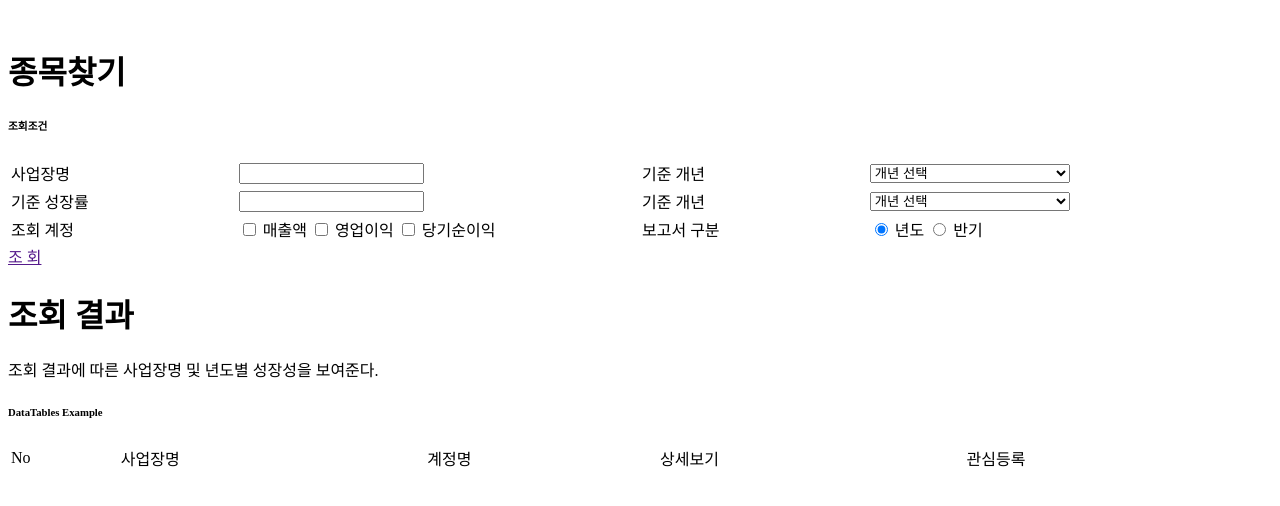
Repository: bangProgram/PJT_Finance
Page: http://localhost/Finance/WEB-INF/views/report/reportList.jsp
The author's editor kept a copy of each file at every save. The page is drawn from the files as they stood at one save, then again after the next save.
The browser window is 1280 px wide. The pictures show the whole page.
The page is served by Tomcat 9. Nobody is signed in. Other server files are loaded and not shown. The template is opened directly, without the code that normally fills it, so the values that code supplies are empty.

Above is the page before, as saved 2022-10-31 05:54:34.

### Finance/src/main/webapp/WEB-INF/views/report/reportList.jsp
<%@ page pageEncoding="UTF-8" contentType="text/html;charset=utf-8"%>
<%@ taglib prefix="fmt" uri="http://java.sun.com/jsp/jstl/fmt"%>
<%@ taglib uri="http://java.sun.com/jsp/jstl/core" prefix="c"%>
<script src="https://code.jquery.com/jquery-3.4.1.min.js"></script>﻿
<script type="text/javascript">
	$(document).ready(function(){

		var chkYear = pEndYear;
		var yearString = $("#pYearList").val();
		var pYearList = yearString.split(',');
		var quaterString = $("#pQuaterList").val();
		var pQuaterList = quaterString.split(',');

		var pEndYear = $("#pEndYear").val();

		var html = ''
		var chkYearList = ''
		for(var i=0; i<5; i++){
			if(i==0){
				chkYearList += pYearList[i];
				html += '<option value="'+chkYearList+'">'+ pYearList[i] +' </option>'
			}else{
				chkYearList += ','+pYearList[i];
				html += '<option value="'+chkYearList+'">'+ pEndYear+' ~ '+ pYearList[i]  +' </option>'
			}
		}
		$('#chkYearList').append(html);

		$("input[name=pReportCd]").change(function(){
			$('#chkYearList').empty();
			var reprtCd = $(this).val();
			html = '<option value = "">개년 선택</option>'
			chkYearList = '';
			if(reprtCd == "11011"){
				for(var i=0; i<5; i++){
					if(i==1){
						chkYearList += pYearList[i];
						html += '<option value="'+chkYearList+'">'+ pYearList[i] +' </option>'
					}else{
						chkYearList += ','+pYearList[i];
						html += '<option value="'+chkYearList+'">'+ pEndYear+' ~ '+ pYearList[i]  +' </option>'
					}
				}
				$('#chkYearList').append(html);
			}else{
				for(var i=0; i<5; i++){
					if(i==0){
						chkYearList += pQuaterList[i];
						html += '<option value="'+chkYearList+'">'+ pQuaterList[i] +' </option>'
					}else{
						chkYearList += ','+pQuaterList[i];
						html += '<option value="'+chkYearList+'">'+ pQuaterList[0]+' ~ '+ pQuaterList[i]  +' </option>'
					}
				}
				$('#chkYearList').append(html);
			}
		});

	});

	function goSearch(){
		var frm = document.searchForm;
		var pAccountIds = [];
		$("input[name=pAccountId]:checked").each(function(){
			pAccountIds.push($(this).val());
		});
		$("#pAccountIds").val(pAccountIds);

		var reprtCd = $("input[name=pReportCd]:checked").val();
		if(reprtCd == '11011'){
			$("#head1").css('display', 'table-row');
			$("#head2").css('display', 'none');
		}else{
			$("#head1").css('display', 'none');
			$("#head2").css('display', 'table-row');
		}

		$.ajax({
			type : 'post',           // 타입 (get, post, put 등등)
			url : '/report/select',           // 요청할 서버url
			data : {
				pYearList : $("#pYearList").val(),
				pQuaterList : $("#pQuaterList").val(),
				pStartYear : $("#pStartYear").val(),
				pEndYear : $("#pEndYear").val(),
				pCorpName : $("#pCorpName").val(),
				pReportCd : reprtCd,
				chkAccRate : $("#chkAccRate").val(),
				chkYearList : $("#chkYearList").val(),
				pAccountIds : $("#pAccountIds").val()
			},
			dataType : 'json',
			success : function(data) { // 결과 성공 콜백함수
				var resultList = data.resultList;
				var yearList = data.pYearList;
				 $("#reprtList").dataTable({
				 	data: resultList,
				 	destroy: true,
				 	columns: [
				  		{ data: 'RNUM' },
				  		{ data: 'CORP_NAME' },
				  		{ data: 'ACCOUNT_ID' },
				  		{ data: 'RATE_0' },
				  		{ data: 'RATE_1' },
				  		{ data: 'RATE_2' },
				  		{ data: 'RATE_3' },
				  		{ data: 'RATE_4' }
				  	]
				});
			},
			error : function(request, status, error) {
				console.log(error)
			}
		})

	}
</script>

<html>
<head>
<title>사업장 목록</title>
</head>
<body>
<div class="container-fluid">
	<form name="searchForm" method="post">
	<input type="hidden" name="pYearList" id="pYearList" value="${yearString}" title="조회 년도 목록">
	<input type="hidden" name="pQuaterList" id="pQuaterList" value="${quaterString}" title="조회 년도 목록">
	<input type="hidden" name="pStartYear" id="pStartYear" class="pSearchYear" value="${pStartYear}" title="조회 시작년도">
	<input type="hidden" name="pEndYear" id="pEndYear" class="pSearchYear" value="${pEndYear}" title="조회 시작년도">

	<!-- Page Heading -->
	<h1 class="h3 mb-2 text-gray-800">종목찾기</h1>
	<p class="mb-4"></p>

	<!-- DataTales Example -->
    <div class="card shadow mb-4">
        <div class="card-header py-3">
            <h6 class="m-0 font-weight-bold text-primary">조회조건</h6>
        </div>
        <div class="card-body">
            <div class="table-responsive">

                <table id="searchTable" class="table table-bordered"  width="100%">
                	<colgroup>
                		<col width="18%"/>
                		<col width="32%"/>
                		<col width="18%"/>
                		<col width="32%"/>
                	</colgroup>
                    <tbody>
                    	<tr>
                            <td>사업장명</td>
							<td><input type="text" name="pCordName" id="pCordName" value="" title="사업장명">  </td>
							<td>기준 개년</td>
							<td>
								<select name="chkYearList" id="chkYearList" title="기준 년도 선택" style="width: 200px;">
									<option value = "">개년 선택</option>
								</select>
							</td>
                        </tr>
                        <tr>
                            <td>기준 성장률</td>
							<td><input type="text" name="chkAccRate" id="chkAccRate" value="" title="기준 성장률">  </td>
							<td>기준 개년</td>
							<td>
								<select name="chkYearList" id="chkYearList" title="기준 년도 선택" style="width: 200px;">
									<option value = "">개년 선택</option>
								</select>
							</td>
                        </tr>
                        <tr>
                            <td>조회 계정</td>
							<td>
								<input type="hidden" name="pAccountIds" id="pAccountIds" value="" title="계정 목록">
								<input type="checkbox" name="pAccountId" id="pAccountId" value="ifrs-full_Revenue" title="매출액"> 매출액
								<input type="checkbox" name="pAccountId" id="pAccountId" value="dart_OperatingIncomeLoss" title="영업이익"> 영업이익
								<input type="checkbox" name="pAccountId" id="pAccountId" value="ifrs-full_ProfitLoss" title="당기순이익"> 당기순이익
							</td>
							<td>보고서 구분</td>
							<td><input type="radio" name="pReportCd" id="pReportCd" value="11011" title="보고서 구분" checked="checked"> 년도 <input type="radio" name="pReportCd" id="pReportCd" value="11012" title="보고서 구분"> 반기 </td>
                        </tr>
                    </tbody>
                </table>
                <a href="" onclick="goSearch(); return false;" class="btn btn-light btn-icon-split btn-sm">
                     <span class="icon text-white-50">
                         <i class="fas fa-flag"></i>
                     </span>
                     <span class="text">조 회</span>
               	</a>
            </div>
        </div>
    </div>
    </form>
</div>

<div class="container-fluid">

	<!-- Page Heading -->
	<h1 class="h3 mb-2 text-gray-800">조회 결과</h1>
	<p class="mb-4">조회 결과에 따른 사업장명 및 년도별 성장성을 보여준다.
		<span id=""></span>
	</p>

	<!-- DataTales Example -->
    <div class="card shadow mb-4">
        <div class="card-header py-3">
            <h6 class="m-0 font-weight-bold text-primary">DataTables Example</h6>
        </div>
        <div class="card-body">
            <div class="table-responsive">
                <table id="reprtList" class="table table-bordered" id="dataTable" width="100%" >
                    <thead>
			            <tr id="head1">
			            	<td>No</td>
							<td>사업장명</td>
							<td>계정명</td>
							<c:forEach items="${yearList}" var="list">
								<td>${list.HAEDER_NM}</td>
							</c:forEach>
							<td>상세보기</td>
							<td>관심등록</td>
						</tr>
						<tr id="head2" style="display: none;">
			            	<td>No</td>
							<td>사업장명</td>
							<td>계정명</td>
							<c:forEach items="${quaterList}" var="list">
								<td>${list.HAEDER_NM}</td>
							</c:forEach>
							<td>상세보기</td>
							<td>관심등록</td>
						</tr>
			        </thead>
			        <tbody id="bodyList">
			        </tbody>
                </table>
            </div>
        </div>
    </div>
</div>
</body>
</html>

After the next save:
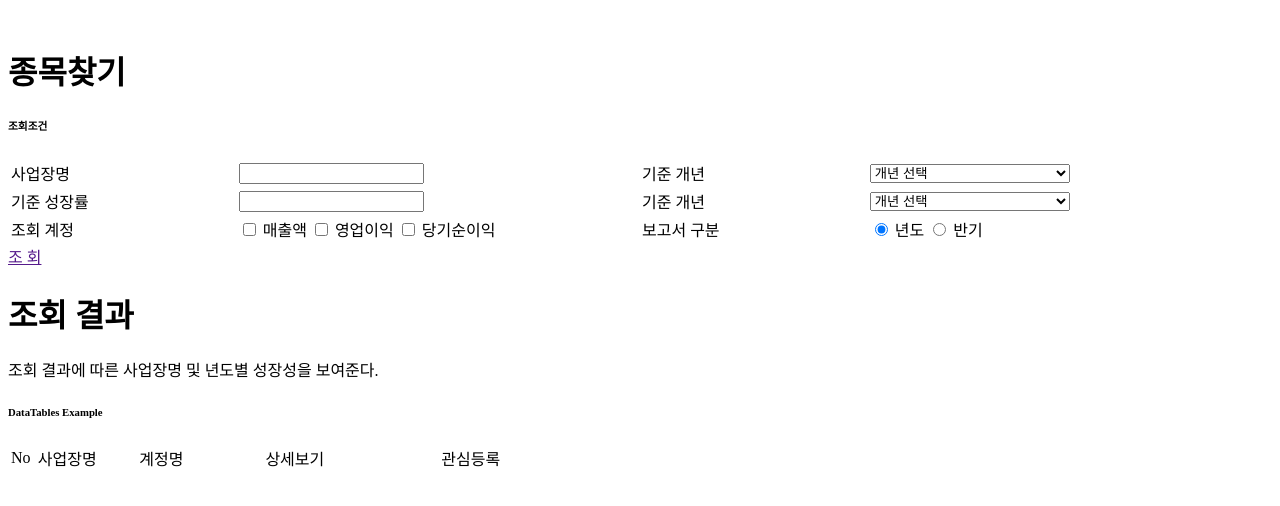
Saved 2 min 50 s later.
--- a/Finance/src/main/webapp/WEB-INF/views/report/reportList.jsp
+++ b/Finance/src/main/webapp/WEB-INF/views/report/reportList.jsp
@@ -209,6 +209,18 @@
         <div class="card-body">
             <div class="table-responsive">
                 <table id="reprtList" class="table table-bordered" id="dataTable" width="100%" >
+                	<colgroup>
+                		<col width="2%"/>
+                		<col width="8%"/>
+                		<col width="10%"/>
+                		<col width="14%"/>
+                		<col width="14%"/>
+                		<col width="14%"/>
+                		<col width="14%"/>
+                		<col width="14%"/>
+                		<col width="5%"/>
+                		<col width="5%"/>
+                	</colgroup>
                     <thead>
 			            <tr id="head1">
 			            	<td>No</td>
